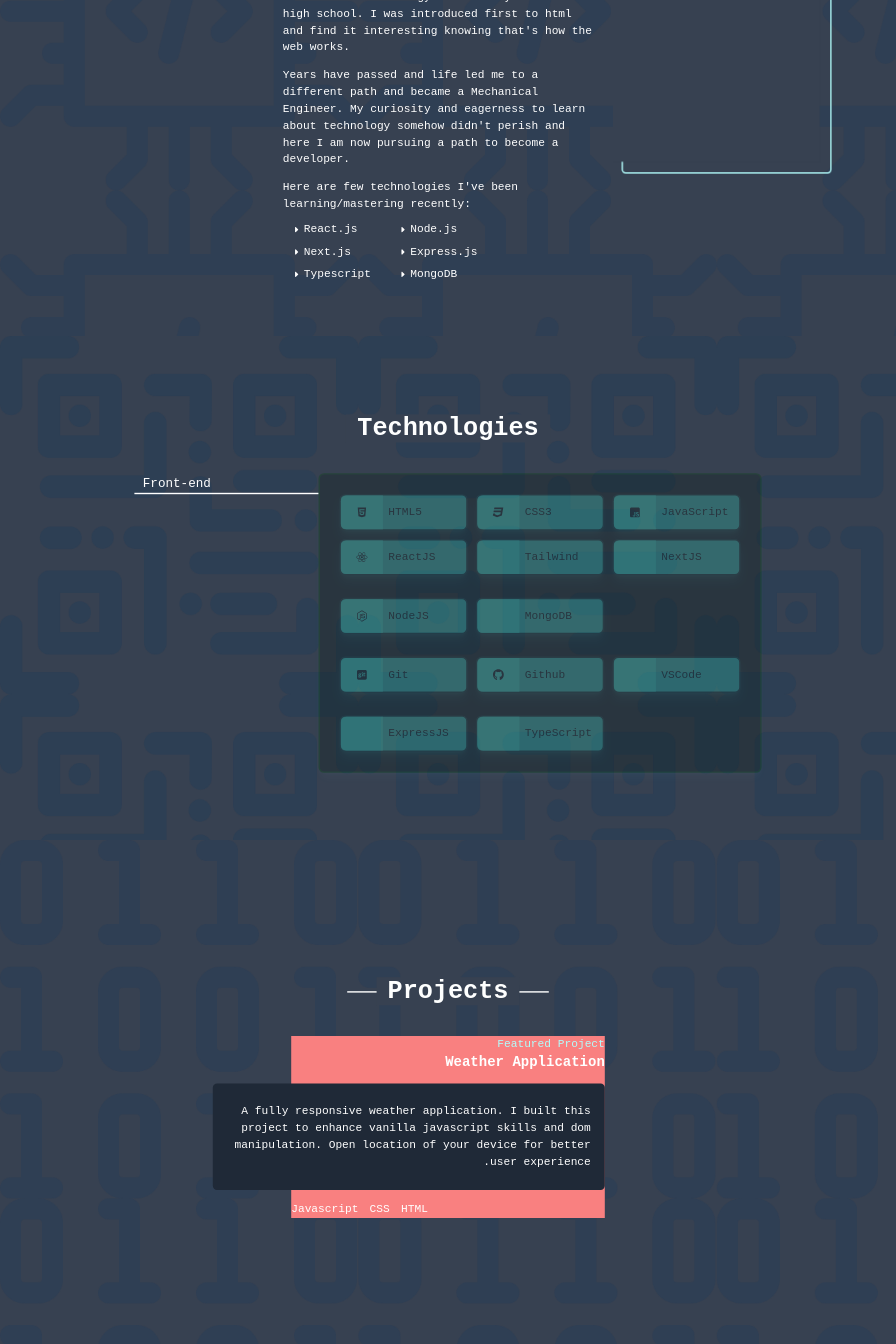
Repository: riandev25/nextjs-portfolio
Page: /
An editor plug-in stored every save of this project. The page is shown before and after the next save, followed by the edit.
The browser window is 1280 px wide. The pictures show the part of the page from y = 960 to 2880 px (the page is 2880 px tall), at 70% of full size.
Backgrounds fixed to the window are drawn as part of the page. The project was rebuilt for these pictures with package versions that can differ from the ones it lists, and the page was loaded fresh each time. The framework's server and built-in components were replaced by stand-ins that run in the browser. Also part of the build but not shown: next.config.js, components/Home/Keyboard/index.module.css, components/Home/Keyboard/index.jsx.

Above is the page before, as saved 2022-11-12 20:48:44.

### pages/_app.jsx
import Head from 'next/head';
import link from 'next/link';
import '../styles/globals.css';

import Layout from '../components/Layout';
import { ParallaxProvider } from 'react-scroll-parallax';

function MyApp({ Component, pageProps }) {
  return (
    <ParallaxProvider>
      <Head>
        <title>Rian Miguel Engracia</title>
        <meta name='viewport' content='initial-scale=1.0, width=device-width' />
        <link
          rel='apple-touch-icon'
          sizes='180x180'
          href='/apple-touch-icon.png'
        />
        <link
          rel='icon'
          type='image/png'
          sizes='32x32'
          href='/favicon-32x32.png'
        />
        <link
          rel='icon'
          type='image/png'
          sizes='16x16'
          href='/favicon-16x16.png'
        />
        <link rel='manifest' href='/site.webmanifest' />
        <link rel='mask-icon' href='/safari-pinned-tab.svg' color='#5bbad5' />
        <meta name='msapplication-TileColor' content='#2d89ef' />
        <meta name='theme-color' content='#ffffff' />
      </Head>
      <Layout>
        <Component {...pageProps} />
      </Layout>
    </ParallaxProvider>
  );
}

export default MyApp;

### pages/index.jsx
import Head from 'next/head';
import Image from 'next/image';
import Home from '../components/Home/Home';
import { Fragment } from 'react';
import Header from '../components/Header';
import About from '../components/About';
import Technologies from '../components/Technologies';
import Projects from '../components/Projects';

export default function Page() {
  return (
    <Fragment>
      <Header />
      <Home />
      <About />
      <Technologies />
      <Projects title='Projects' />
    </Fragment>
  );
}

### styles/globals.css
@tailwind base;
@tailwind components;
@tailwind utilities;

html,
body {
  padding: 0;
  margin: 0;
  /* font-family: 'Roboto', sans-serif; */
  font-family: monospace, sans-serif;
}

a {
  color: inherit;
  text-decoration: none;
}

* {
  box-sizing: border-box;
}

.image-filter {
  /* filter: invert(93%) sepia(19%) saturate(586%) hue-rotate(121deg)
    brightness(102%) contrast(97%); */
  filter: invert(93%) sepia(69%) saturate(347%) hue-rotate(120deg)
    brightness(104%) contrast(97%);
  opacity: 0.3;
  transition: filter 0.3s, opacity 0.3s;
}

.image-filter:hover {
  filter: none;
  opacity: 1;
}

@media (prefers-color-scheme: dark) {
  html {
    color-scheme: dark;
  }
  body {
    color: white;
    background: black;
  }
}

### components/Layout/index.jsx
import Header from '../Header';
import Email from '../Header/Email';

const Layout = ({ children }) => {
  return (
    <div className='relative w-full h-full bg-gray-700' dir='ltr'>
      <Header />
      <Email />
      {children}
    </div>
  );
};

export default Layout;

### components/Home/Home.jsx
import Link from 'next/link';
import Image from 'next/future/image';
import { useParallax } from 'react-scroll-parallax';
import styles from './index.module.css';
import DevImage from '../../assets/images/dev-image.svg';
import GithubImage from '../../assets/images/github-neon-fill.png';
import LinkedinImage from '../../assets/images/linkedin-neon-fill.png';
import FacebookImage from '../../assets/images/facebook-neon-fill.png';
import Keyboard from './Keyboard';
import { useState } from 'react';

export const images = [
  {
    id: 'github',
    imgSrc: GithubImage,
    link: 'https://github.com/riandev25',
  },
  {
    id: 'linkedin',
    imgSrc: LinkedinImage,
    link: 'https://www.linkedin.com/in/rian-miguel-engracia/',
  },
  {
    id: 'facebook',
    imgSrc: FacebookImage,
    link: 'https://web.facebook.com/rianmiguel.engracia',
  },
  {
    id: 'email',
    email: 'rianengracia@gmail.com',
  },
];

const nameArray = ['I', '&apos;', 'm', ' ', 'R', 'i', 'a', 'n'];
const jobArray = [
  'f',
  'u',
  'l',
  'l',
  ' ',
  's',
  't',
  'a',
  'c',
  'k',
  ' ',
  'd',
  'e',
  'v',
  'e',
  'l',
  'o',
  'p',
  'e',
  'r',
];

const Home = () => {
  const { ref } = useParallax({
    translateY: [-100, 30, 'easeInOut'],
  });
  const [keyboard, setKeyboard] = useState(true);
  return (
    <header className='flex justify-center items-center w-full h-screen px-20 bg-fixed bg-repeat bg-bg_gear_image'>
      <section ref={ref} className='w-4/12 space-y-4'>
        <div className='flex flex-col gap-2.5 place-items-start'>
          <h1 className={`text-xl font-thin text-white ${styles.typingLet}`}>
            Hi there!
          </h1>
          <h1 className='text-6xl font-bold animate-neon_text'>
            I&apos;m Rian Miguel
          </h1>
          <h1 className='text-xl text-white font-bold'>
            <span className='text-xl font-thin'>a</span> Full Stack Developer
          </h1>
        </div>
        <ul className='flex flex-row gap-4'>
          {images.map((item) => {
            if (item.id === 'email') return;
            return (
              <li
                className='block p-3 bg-gray-800 border rounded-lg border-[#b2fcfb] transition-all hover:scale-110'
                key={item.id}
              >
                <Link href={item.link} legacyBehavior>
                  <a className=''>
                    <Image
                      className=''
                      src={item.imgSrc}
                      alt={item.id}
                      width={20}
                      height={20}
                      sizes='5vw'
                    />
                  </a>
                </Link>
              </li>
            );
          })}
        </ul>
      </section>
      <section className='hidden lg:flex max-w-2xl h-full justify-center items-center'>
        <Image
          src={DevImage}
          alt='dev-image'
          width={500}
          height={500}
          sizes='(max-width: 768px) 50vw'
        />
        {/* <Keyboard /> */}
      </section>
    </header>
  );
};

export default Home;

### components/Header/index.jsx
import Logo from '../Logo';
import Navbar from './Navbar';
import { FontAwesomeIcon } from '@fortawesome/react-fontawesome';
import { faBars } from '@fortawesome/free-solid-svg-icons';

const Header = () => {
  return (
    <nav className='px-8 py-1 bg-gray-700 dark:bg-gray-900 fixed w-full z-50 top-0 left-0 border-b shadow-sm border-gray-700 md:px-20 md:py-3 dark:border-gray-600'>
      <div className='flex flex-row justify-between items-center w-full'>
        <section className=''>
          <Logo />
        </section>

        <div className='flex md:order-2'>
          <button
            type='button'
            className='hidden lg:flex bg-transparent text-[#b2fcfb] border border-[#b2fcfb] hover:bg-[#b2fcfb] hover:opacity-40 transition-all font-medium rounded-lg text-sm px-5 py-2.5 text-center mr-3 md:mr-0 dark:bg-blue-600 dark:hover:bg-blue-700 dark:focus:ring-blue-800'
          >
            Get started
          </button>
          <button
            data-collapse-toggle='navbar-sticky'
            type='button'
            className='cursor-pointer inline-flex items-center p-2 text-sm bg-white rounded-lg md:hidden hover:bg-gray-400 focus:outline-none focus:ring-2 focus:ring-gray-200 dark:text-gray-400 dark:hover:bg-gray-700 dark:focus:ring-gray-600'
            aria-controls='navbar-sticky'
            aria-expanded='false'
          >
            <span className='sr-only'>Open main menu</span>
            <FontAwesomeIcon icon={faBars} className='text-gray-800' />
          </button>
        </div>
        <Navbar />
      </div>
    </nav>
  );
};

export default Header;

### components/About/index.jsx
import Image from 'next/future/image';
import PageHeader from '../PageHeader';
import { FontAwesomeIcon } from '@fortawesome/react-fontawesome';
import { faCaretRight } from '@fortawesome/free-solid-svg-icons';
import ProgrammerImage from '../../assets/images/programmer.jpg';
import { useParallax } from 'react-scroll-parallax';

const technologies = [
  'React.js',
  'Node.js',
  'Next.js',
  'Express.js',
  'Typescript',
  'MongoDB',
];

const About = () => {
  return (
    <div className='pt-4 w-full h-screen flex flex-col gap-11 justify-center items-center text-white px-20 bg-bg_chip_image bg-fixed'>
      <PageHeader title='About me' />
      <div className='max-w-3xl flex flex-row gap-6'>
        <section className='max-w-md flex flex-col gap-4'>
          <p>
            Hi! I am Rian Miguel Engracia, a Registered Mechanical Engineer in
            the Philippines. My interest in technology started way back in high
            school. I was introduced first to html and find it interesting
            knowing that&apos;s how the web works.
          </p>
          <p>
            Years have passed and life led me to a different path and became a
            Mechanical Engineer. My curiosity and eagerness to learn about
            technology somehow didn&apos;t perish and here I am now pursuing a
            path to become a{' '}
            <span className='text-[neon-green] no-underline decoration-[neon-green] underline-offset-4 decoration-2 hover:underline'>
              developer
            </span>
            .
          </p>
          <div className='flex flex-col gap-3'>
            <p>
              Here are few technologies I&apos;ve been learning/mastering
              recently:
            </p>
            <ul className='grid grid-cols-3 gap-2'>
              {technologies.map((item, i) => {
                return (
                  <li
                    key={item}
                    className={`${(i + 1) % 2 === 0 ? 'col-span-2' : ''}
                    } flex justify-start items-center gap-2 pl-4`}
                  >
                    <FontAwesomeIcon icon={faCaretRight} className='w-1.5' />
                    <span className=''>{item}</span>
                  </li>
                );
              })}
            </ul>
          </div>
        </section>
        <section className='relative'>
          <div className='absolute z-20 w-[295px] h-[295px] bg-gray-700'></div>
          <Image
            className='relative z-30 rounded-md image-filter bg-[#b2fcfb] border-2 peer'
            src={ProgrammerImage}
            alt='developer'
            width={300}
            height={300}
            priority='false'
            sizes='(max-width: 768px) 100vw, 50vw'
          />
          <div className='absolute top-0 left-0 w-[300px] h-[300px] bg-transparent border-2 border-[#b2fcfb] transition-duration-300 delay-300 ease-in-out translate-x-3 translate-y-3 z-10 rounded-md peer-hover:translate-x-2 peer-hover:translate-y-2 '></div>
        </section>
      </div>
    </div>
  );
};

export default About;

### components/Projects/index.jsx
import Link from 'next/link';
import Image from 'next/future/image';
import PageHeader from '../PageHeader';
import WeatherImage from '../../assets/images/weather-app.png';
import { FontAwesomeIcon } from '@fortawesome/react-fontawesome';
import { faGithubAlt } from '@fortawesome/free-brands-svg-icons';
import { faSquareArrowUpRight } from '@fortawesome/free-solid-svg-icons';
import Links from './Links';

const TECH_WEATHER = ['HTML', 'CSS', 'Javascript'];
const WEATHER = [
  {
    id: 1,
    icon: faGithubAlt,
    link: 'https://riandev25.github.io/js-weather-app/dist/',
  },
  {
    id: 2,
    icon: faSquareArrowUpRight,
    link: 'https://riandev25.github.io/js-weather-app/dist/',
  },
];

const Projects = () => {
  return (
    <div className='pt-4 flex flex-col w-full h-screen gap-11 justify-center items-center text-white px-20 bg-bg_binary_image bg-fixed'>
      <PageHeader title='Projects' />
      <div className='flex flex-row justify-center items-center'>
        {/* <section className='relative w-24 h-24 flex'>
          <Image
            src={WeatherImage}
            alt='weather-app'
            fill
            className='object-cover w-7/12'
          />
        </section> */}
        <section
          className='w-[28rem] overflow-visible bg-red-400 space-y-4'
          dir='rtl'
        >
          <div className='flex flex-col justify-end items-end' dir='ltr'>
            <h2 className='text-neon text-right'>Featured Project</h2>
            <h1 className='text-xl font-bold text-right'>
              Weather Application
            </h1>
          </div>
          <div className='w-[35rem] bg-gray-800 p-7 pr-5 rounded-md'>
            <p className='text-right'>
              A fully responsive weather application. I built this project to
              enhance vanilla javascript skills and dom manipulation. Open
              location of your device for better user experience.
            </p>
          </div>
          <ul className='flex flex-row justify-end items-center gap-4'>
            {TECH_WEATHER.map((item) => {
              return <li key={item}>{item}</li>;
            })}
          </ul>
          <Links array={WEATHER} />
        </section>
      </div>
    </div>
  );
};

export default Projects;

### components/Header/Email.jsx
import Link from 'next/link';
import Image from 'next/image';
import { images } from '../Home/Home';

const Email = () => {
  return (
    <aside className='fixed bottom-64 right-0'>
      <div className='flex justify-center items-center relative rotate-90'>
        <Link href='' legacyBehavior>
          <a className='z-50 transition-all text-[#b2fcfb] bg-gray-700 px-2 hover:text-[#68fffc] hover:scale-110'>
            rianengracia@gmail.com
          </a>
        </Link>
        <div className='w-96 bg-[#b2fcfb] absolute top-1/2 left-0 h-px'></div>
      </div>
    </aside>
  );
};

export default Email;

### components/Home/index.module.css
.typingLet {
  width: 134px;
  animation: typing 2s steps(12), blink 0.5s step-end infinite alternate;
  white-space: nowrap;
  overflow: hidden;
  border-right: 3px solid;
  font-family: monospace;
  font-size: 2em;
}

@keyframes typing {
  from {
    width: 0;
  }
}

@keyframes blink {
  50% {
    border-color: transparent;
  }
}

### components/Logo/index.jsx
import Image from 'next/future/image';
import LogoImage from '../../assets/images/logo.svg';
import LogoDark from '../../assets/images/logo-dark.svg';
import LogoLight from '../../assets/images/logo-light.svg';
import {
  faAngleLeft,
  faGear,
  faforward,
} from '@fortawesome/free-solid-svg-icons';
import { FontAwesomeIcon } from '@fortawesome/react-fontawesome';

const Logo = () => {
  return (
    <div className='flex items-center relative'>
      <Image
        src={LogoImage}
        alt='logo'
        width={185}
        height={55}
        className='hidden md:flex'
        sizes='(max-width: 768px) 15vw'
      />
      {/* <Image
        src={LogoLight}
        alt='logo-light'
        width={50}
        height={50}
        className='flex md:hidden'
        sizes='(max-width: 768px) 15vw'
      /> */}
    </div>
  );
};

export default Logo;

### components/Header/Navbar.jsx
import Link from 'next/link';

const Navbar = () => {
  const data = [
    {
      id: 'Home',
    },
    {
      id: 'About',
    },
    {
      id: 'Technologies',
    },
    {
      id: 'Projects',
    },
  ];
  return (
    <div
      className='hidden absolute top-0 right-0 justify-between items-center w-full md:flex md:relative md:w-auto md:order-1'
      id='navbar-sticky'
    >
      <ul className='flex flex-col justify-center items-center flex-auto rounded-lg md:justify-between md:flex-row md:space-x-12 md:p-2 md:mt-0 md:text-sm md:font-medium md:border-0 dark:bg-gray-800 md:dark:bg-gray-900 dark:border-gray-700'>
        {data.map((item) => {
          return (
            <li key={item.id} className='relative group'>
              <Link href={item.id}>
                <a
                  className='block py-2 px-1 text-base font-extralight text-white dark:text-white'
                  // aria-current='page'
                >
                  {item.id}
                </a>
              </Link>

              <span className='z-50 absolute bottom-1.5 w-0 h-[1px] bg-white transition-all md:group-hover:w-full'></span>
            </li>
          );
        })}
      </ul>
    </div>
  );
};

export default Navbar;

### components/PageHeader/index.jsx
const PageHeader = ({ title }) => {
  return (
    <div className='relative overflow-visible flex justify-center items-center'>
      <h1 className='relative z-10 w-full text-4xl font-bold flex flex-start bg-gray-700 px-4 animate-neon_text'>
        {title}
      </h1>
      <span className='absolute top-1/2 w-72 h-0.5 bg-white animated-neon_bg'></span>
    </div>
  );
};

export default PageHeader;

### components/Projects/Links.jsx
import Link from 'next/link';
import { FontAwesomeIcon } from '@fortawesome/react-fontawesome';

const Links = ({ array }) => {
  array.map((item) => {
    return (
      <ul key={item.id} className='flex flex-row'>
        <li>
          <Link href={item.link} passHref>
            <a>
              <FontAwesomeIcon icon={item.icon} className='text-white w-3' />
            </a>
          </Link>
        </li>
      </ul>
    );
  });
};

export default Links;

// 'https://riandev25.github.io/js-weather-app/dist/'

Loaded but not shown: tailwind.config.js (60 lines, source omitted); pages/_document.js (24 lines, source omitted); components/Technologies/index.jsx (206 lines, source omitted)

After the next save:
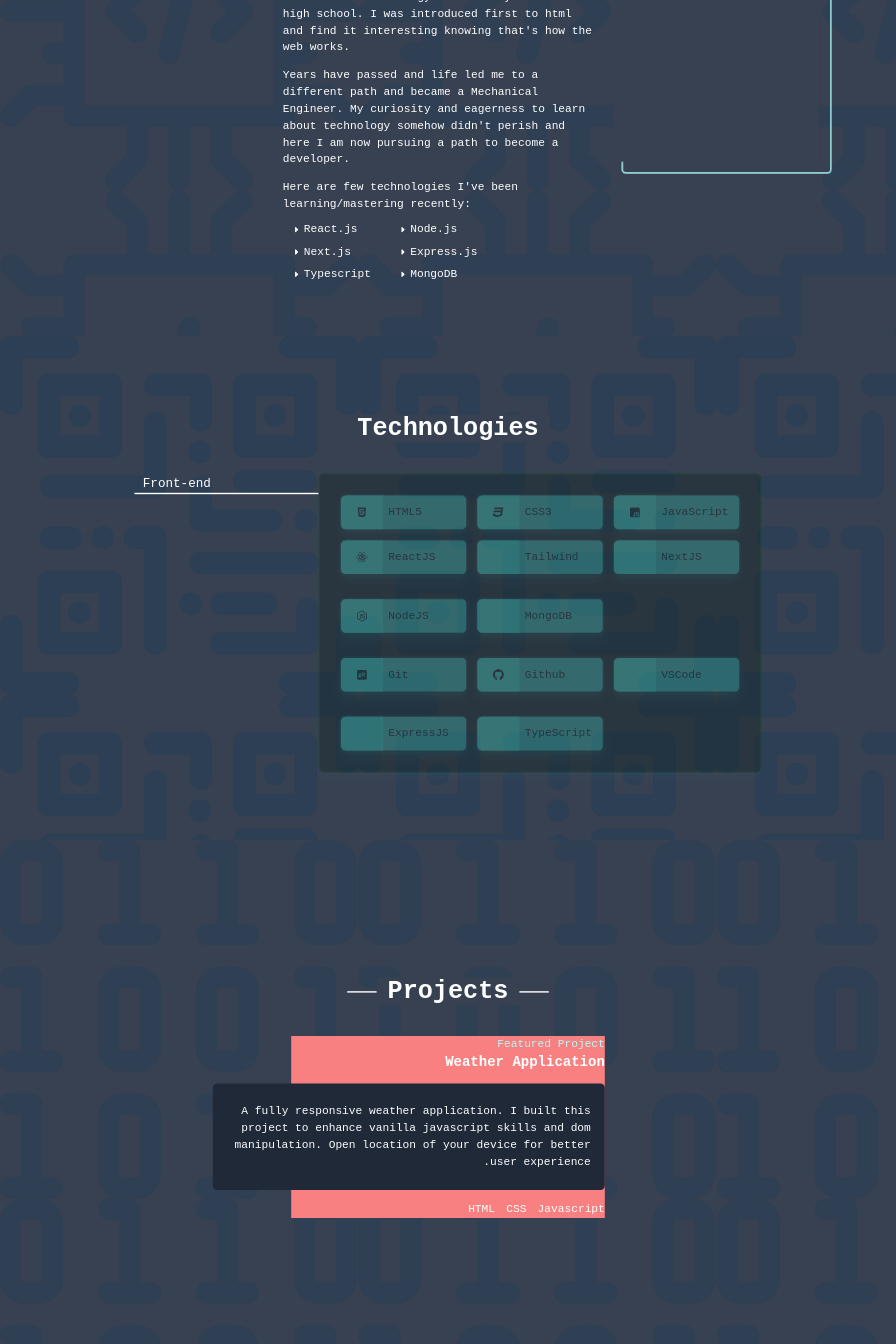
Saved 21 s later.
--- a/components/Projects/index.jsx
+++ b/components/Projects/index.jsx
@@ -51,7 +51,10 @@ const Projects = () => {
               location of your device for better user experience.
             </p>
           </div>
-          <ul className='flex flex-row justify-end items-center gap-4'>
+          <ul
+            className='flex flex-row justify-end items-center gap-4'
+            dir='ltr'
+          >
             {TECH_WEATHER.map((item) => {
               return <li key={item}>{item}</li>;
             })}
